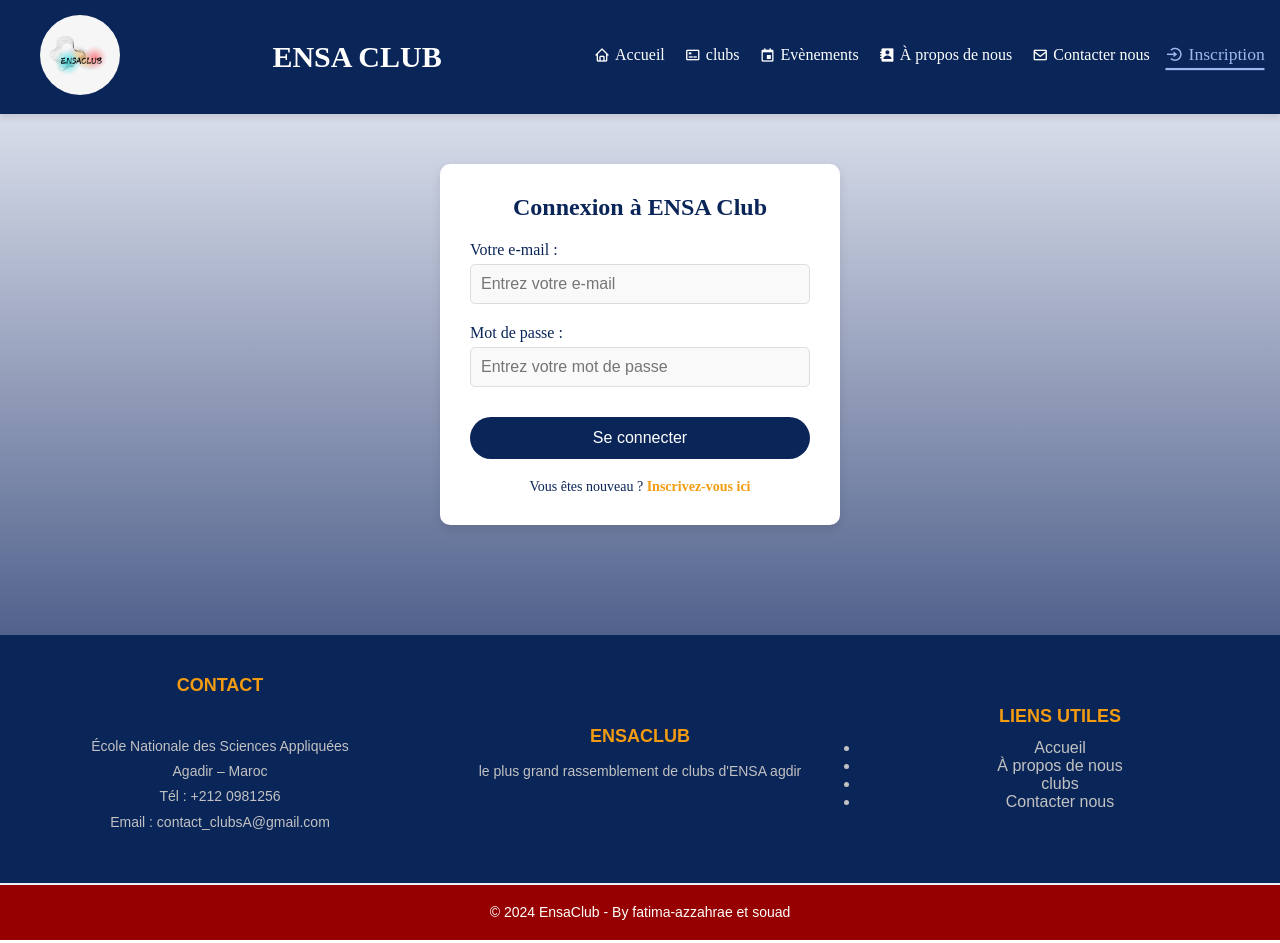
Repository: fati-smart/ENSAclub
Page: login.html
The author's editor kept a copy of each file at every save. The page is drawn from the files as they stood at one save, then again after a run of saves.
The browser window is 1280 px wide. The pictures show the whole page.

Above is the page before, as saved 2024-12-02 17:39:18.

After the next 2 saves:
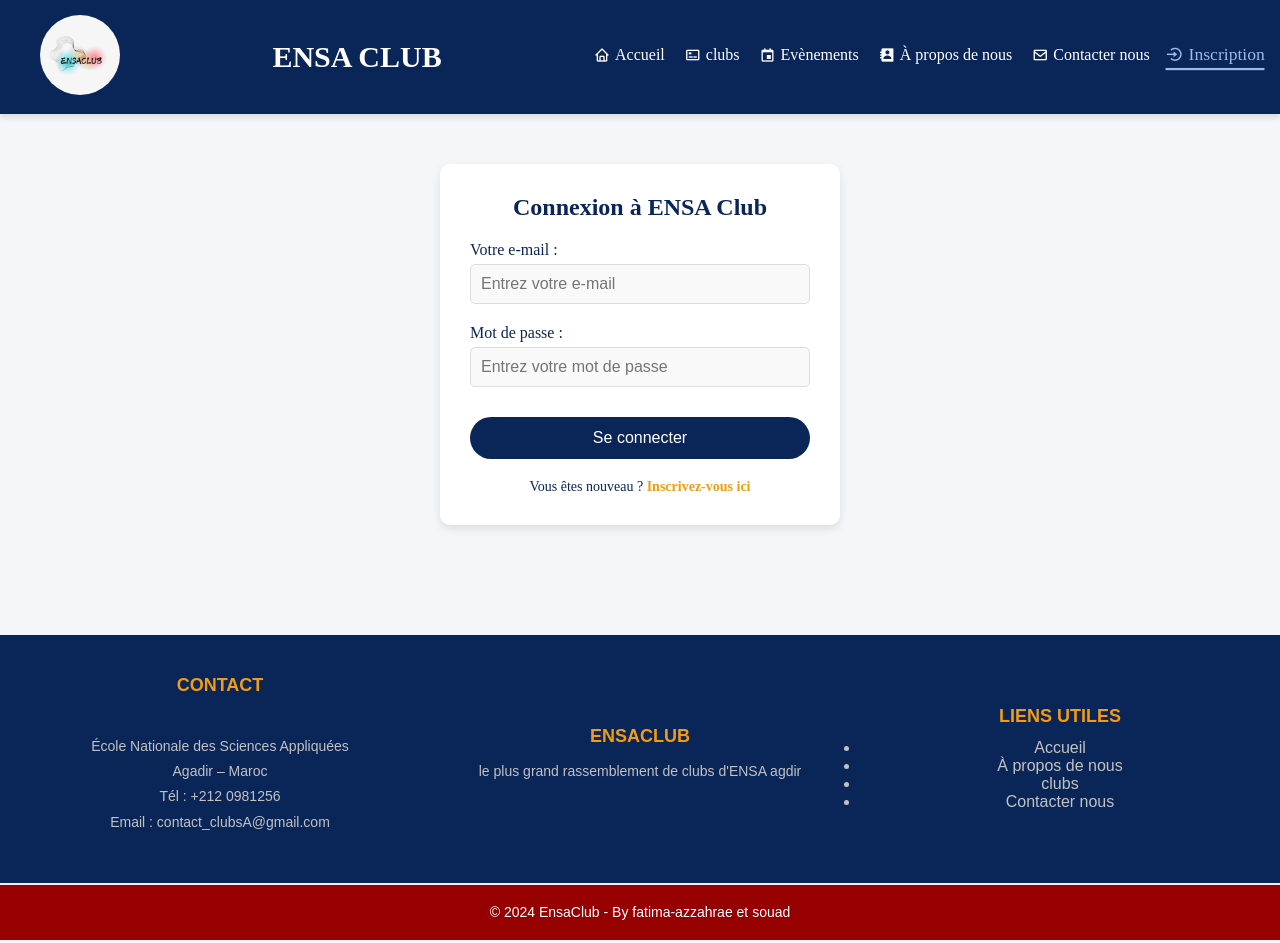
The 2 saves are shown as one change because they came seconds apart.
The last was saved 80 s later.
--- a/style.css
+++ b/style.css
@@ -8,7 +8,7 @@ body {
     font-family: cursive;
     background-color: #f5f6fa;
     overflow-x: hidden;
-    background: linear-gradient(to bottom, #f7f9ff, #001854);
+    /*background: linear-gradient(to bottom, #f7f9ff, #001854);*/
 }
 
 /*******************************************HEADER************************************************/
